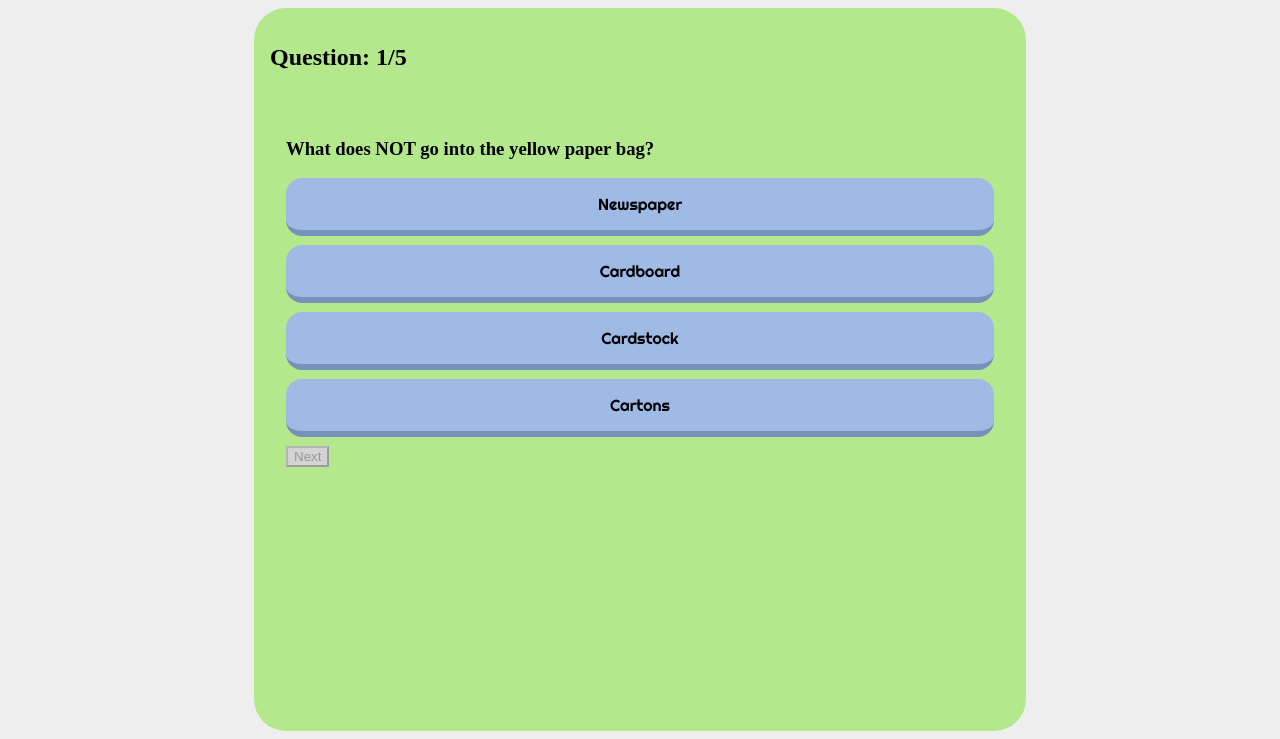
Repository: alemunden/Trash-Scavengers
Page: /quiz
These files come from the project's save history. The page is drawn as it stood at one moment and after the next save; the edit follows.
The browser window is 1280 px wide. The pictures show the whole page.
The project was rebuilt for these pictures with package versions that can differ from the ones it lists, and the page was loaded fresh each time. The framework's server and built-in components were replaced by stand-ins that run in the browser. Also part of the build but not shown: next.config.mjs.

Above is the page before, as saved 2024-04-07 20:26:49.

After the next save:
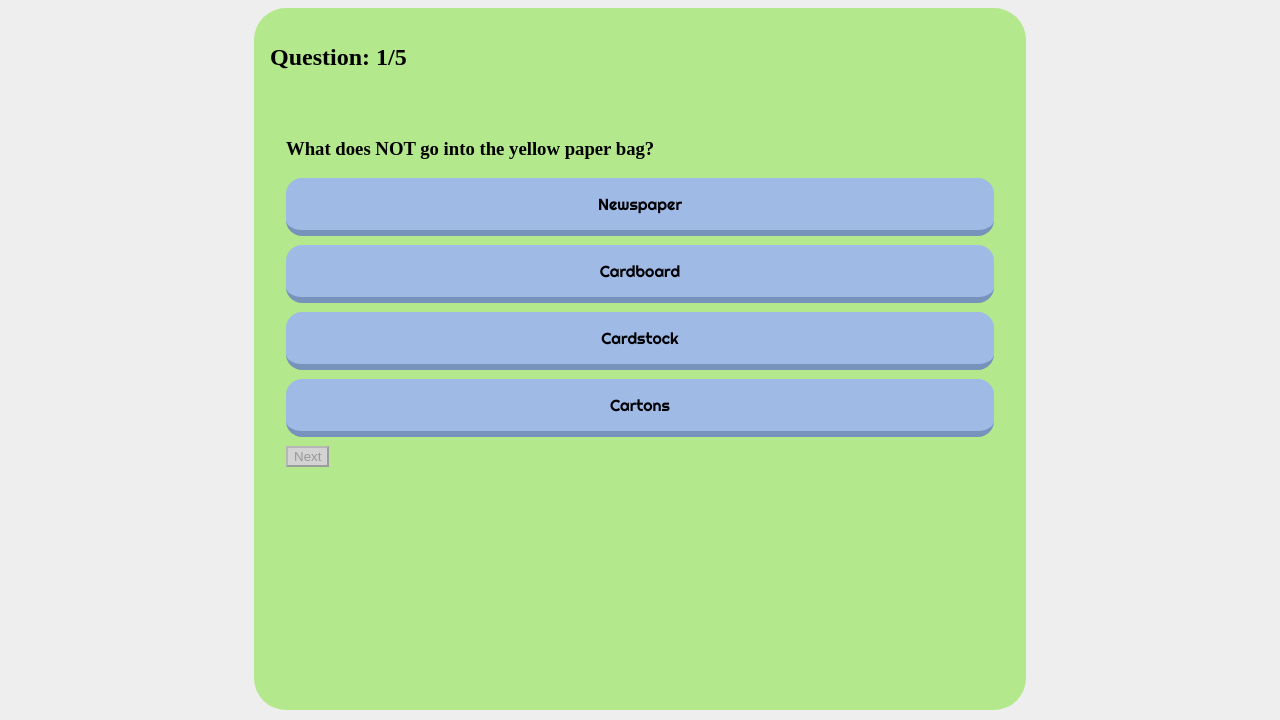
Saved 9 s later.
--- a/styles/quiz.module.css
+++ b/styles/quiz.module.css
@@ -23,7 +23,7 @@
     padding: 1rem;
     background-color: var(--light-green);
     border-radius: 2rem;
-    height: 96vh;
+    height: 93vh;
 }
 
 .quizContainer {
